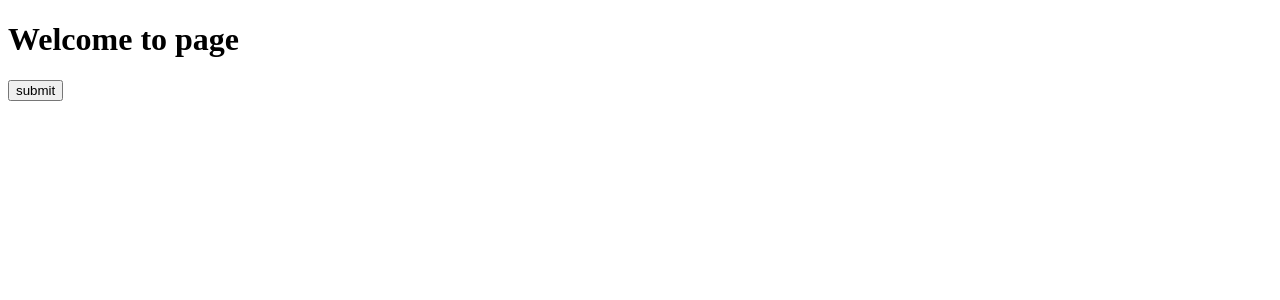
Repository: ankitaunhalkar/Bridgelabz-Servlet
Page: Servlet/WebContent/index.html
These files come from the project's save history. The page is drawn as it stood at one moment and after the next save; the edit follows.
The browser window is 1280 px wide. The pictures show the whole page.

Above is the page before, as saved 2018-05-19 11:44:15.

### Servlet/WebContent/index.html
<!DOCTYPE html>
<html>
<head>
<meta charset="UTF-8">
<title>Insert title here</title>
</head>
<body>
<h1>Welcome to page</h1>
<form action="servletResponseDemo">
<input type="submit" value="submit"></form>
</body>
</html>

After the next save:
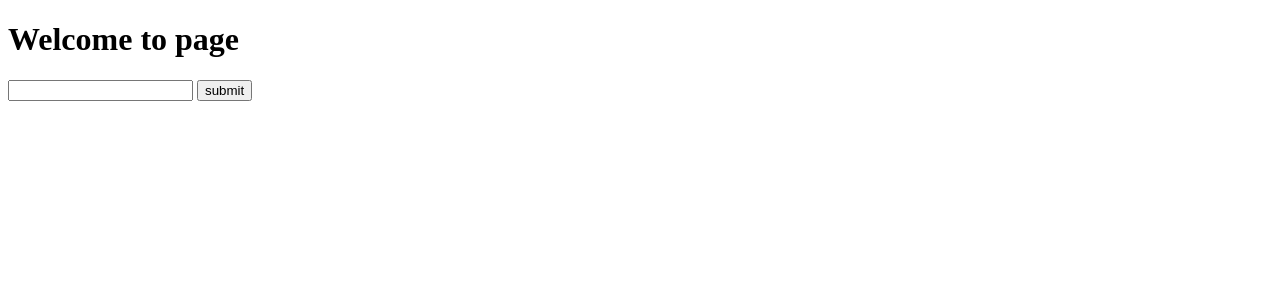
Saved 3 min 39 s later.
--- a/Servlet/WebContent/index.html
+++ b/Servlet/WebContent/index.html
@@ -7,6 +7,7 @@
 <body>
 <h1>Welcome to page</h1>
 <form action="servletResponseDemo">
+<input type="text" name="name"/>
 <input type="submit" value="submit"></form>
 </body>
 </html>
